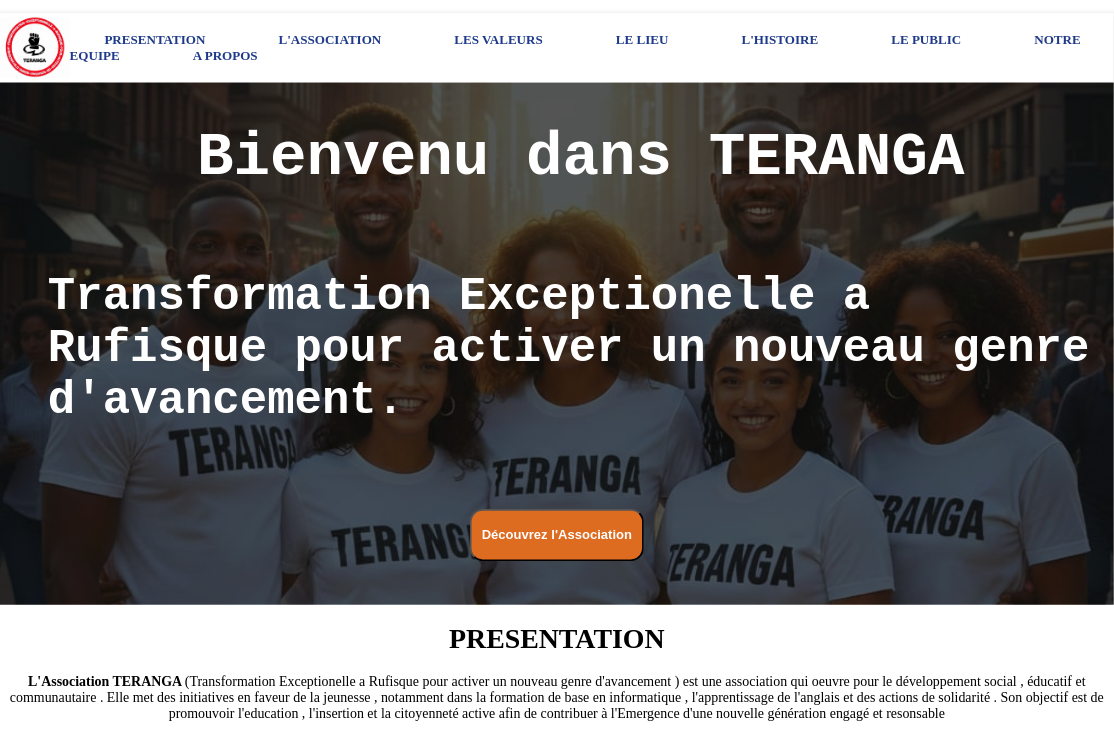
Repository: assanendao171/projet-teranga
Page: presentation.html
The author's editor kept a copy of each file at every save. The page is drawn from the files as they stood at one save, then again after a run of saves.
The browser window is 1280 px wide. The pictures show the whole page, at 87% of full size.

Above is the page before, as saved 2026-02-11 13:20:26.

After the next 2 saves:
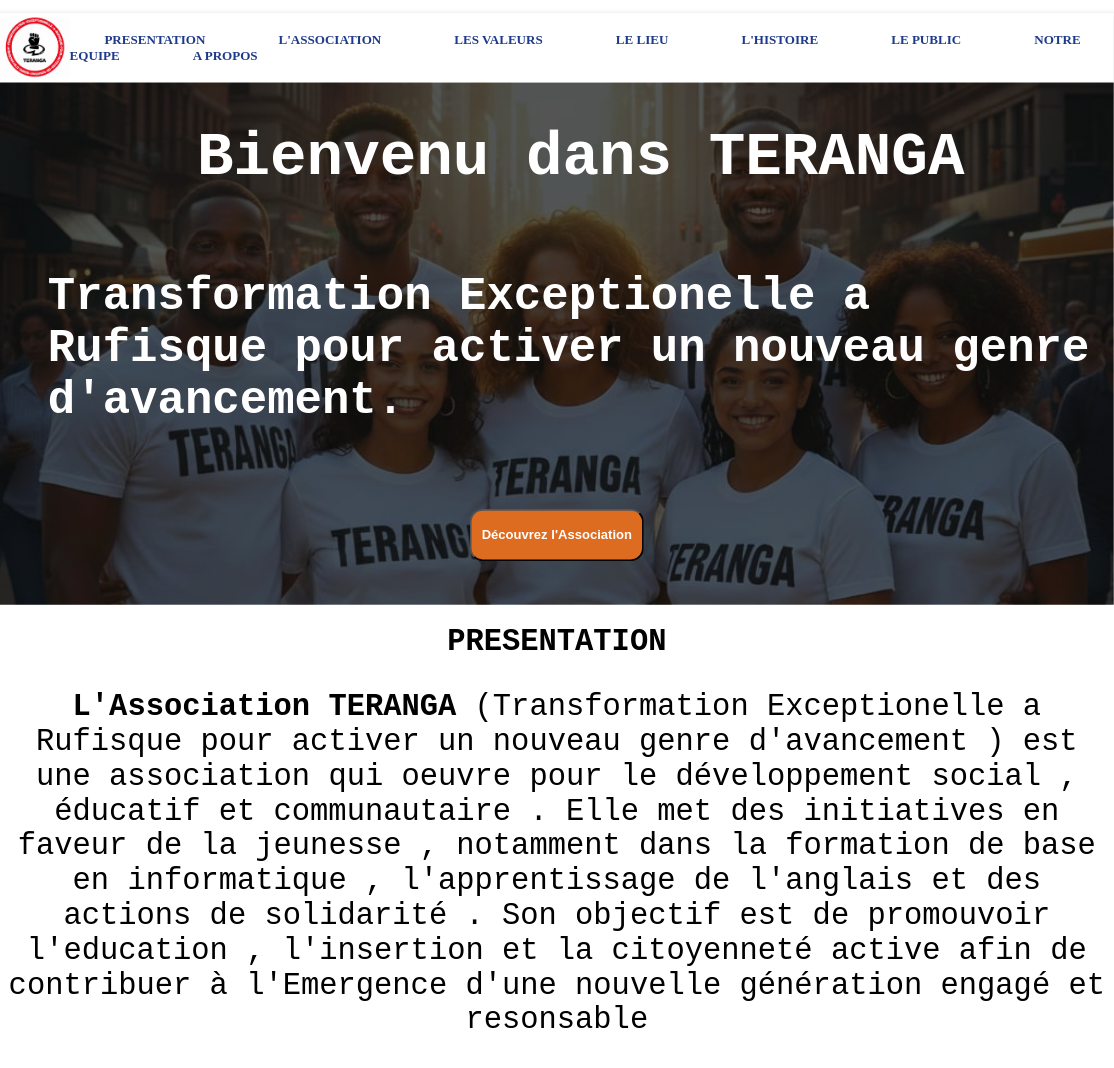
The 2 saves are shown as one change because they came seconds apart.
The last was saved 14 s later.
--- a/presentation.css
+++ b/presentation.css
@@ -62,7 +62,11 @@ font-weight: 600;
 }
 #h-presentation{
     text-align: center;
+    font-size: 35px;
+font-family: 'Courier New', Courier, monospace;
 }
 #p-presentation{
     text-align: center;
+    font-size: 35px;
+font-family: 'Courier New', Courier, monospace;
 }
